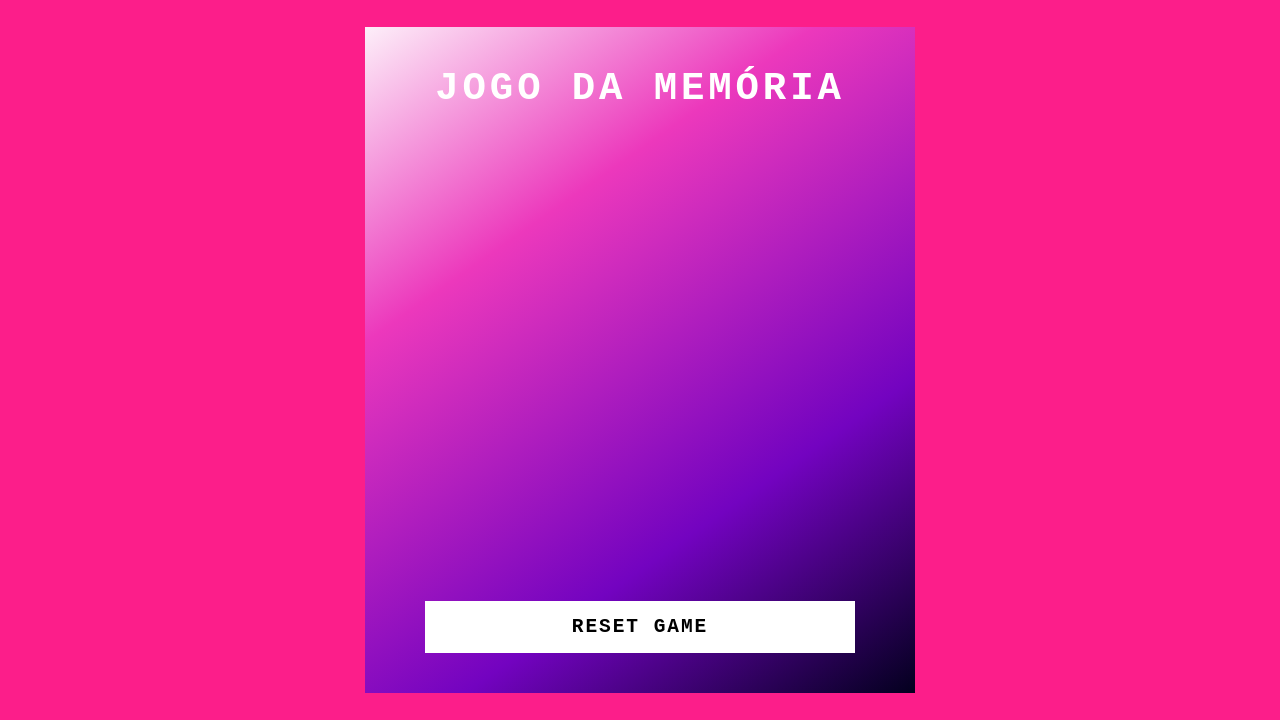
Repository: Zoemateus324/memory-game
Page: index.html
The author's editor kept a copy of each file at every save. The page is drawn from the files as they stood at one save, then again after the next save.
The browser window is 1280 px wide. The pictures show the whole page.

Above is the page before, as saved 2024-11-27 08:23:08.

After the next save:
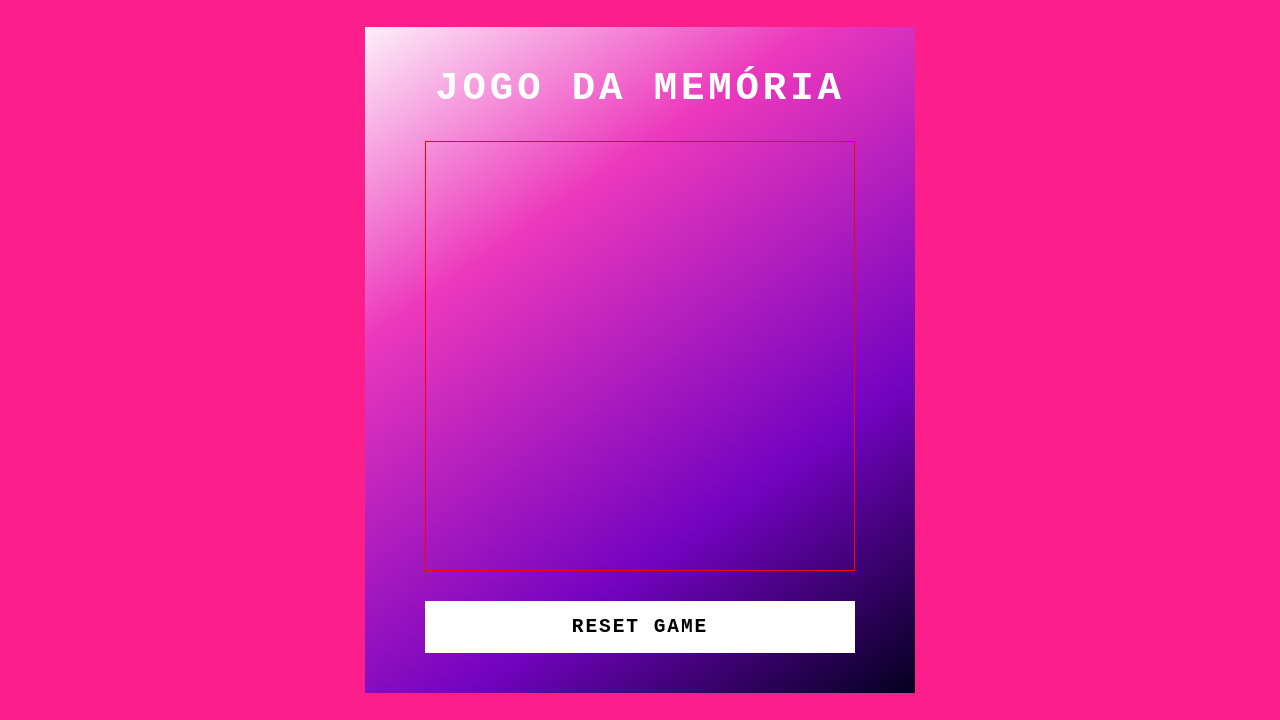
Saved 33 s later.
--- a/src/styles/main.css
+++ b/src/styles/main.css
@@ -54,6 +54,9 @@ h2{
 
 
 .game{
+    display:flex;
     width:430px;
     height:430px;
+    border:1px solid red;
+    flex-wrap:wrap;
 }
